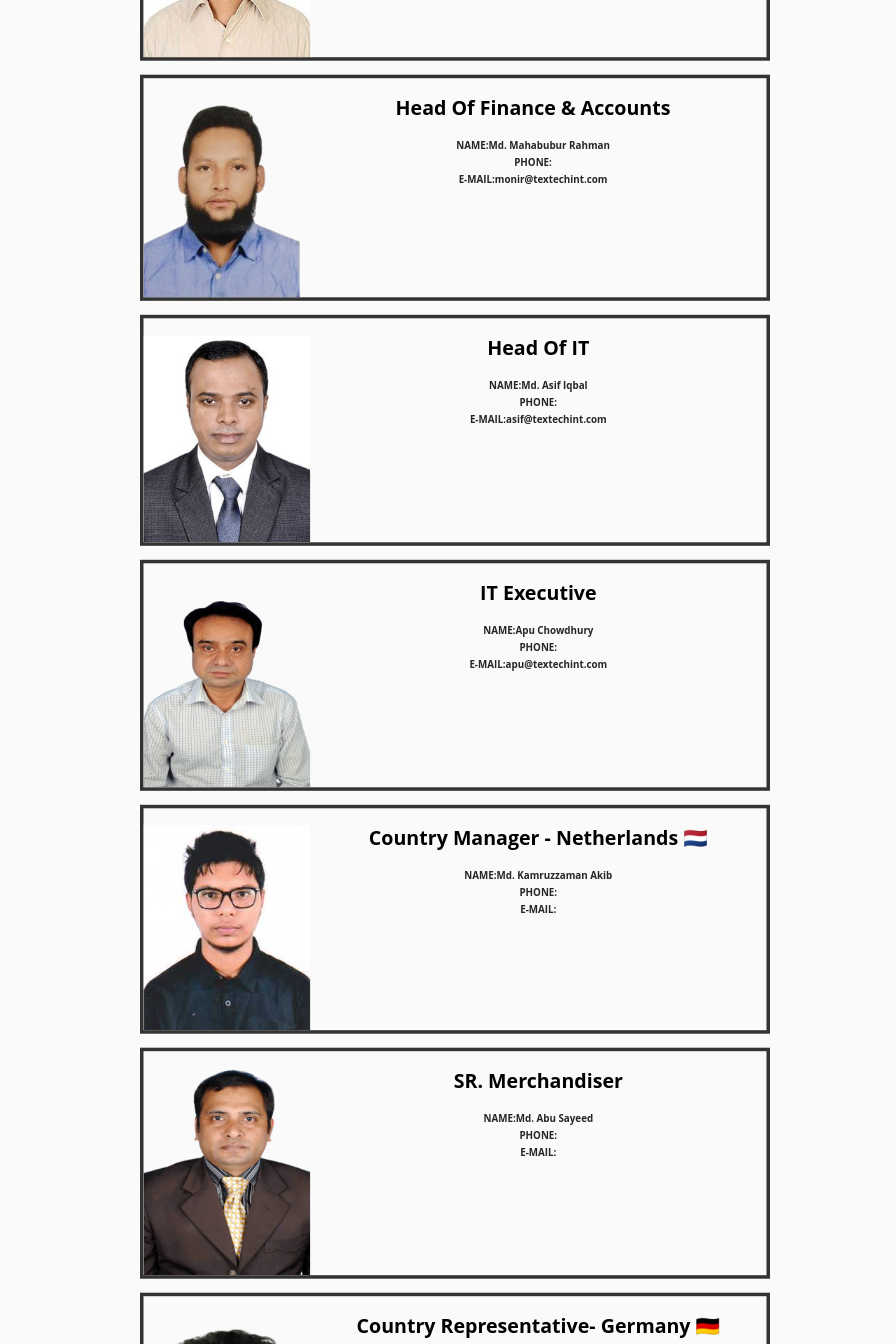
Repository: asifdotpy/textechint
Page: home.html
An editor plug-in stored every save of this project. The page is shown before and after the next save, followed by the edit.
The browser window is 1280 px wide. The pictures show the part of the page from y = 1564 to 3484 px (the page is 4251 px tall), at 70% of full size.

Above is the page before, as saved 2021-03-01 15:26:44.

### home.html
<!doctype html>
<html>
<head>
	<meta charset="UTF-8">
	<meta name="viewport" content="width=device-width, initial-scale=1.0">
	<title>Tex Tech International</title>
	<link rel="stylesheet" type="text/css" href="css/style.css">
	<link rel="stylesheet" type="text/css" href="css/mobile.css" media="screen and (max-width : 568px)">
	<link rel="shortcut icon" href="/favicon.ico">
	<script type="text/javascript" src="js/mobile.js"></script>
</head>
<body>
	<div id="header">
		<ul id="navigation">
			<li class="selected">
				<a href="home.html">home</a>
			</li>
			<li>
				<a href="index.html">our company</a>
			</li>
			<li>
				<a href="gallery.html">Our Products and services
				</a>
			</li>
			<li>
				<a href="about.html">career opportunity</a>
			</li>
			<li>
				<a href="blog.html">faq</a>
			</li>
			<li>
				<a href="contact.html">contact us</a>
			</li>
		</ul>
	</div>
	<div id="body" style="padding-top: 30px;">
		<div class='intro'>
			<h1>About us</h1>
			<div class="main">
			<p><strong style="color: blue;">Tex Tech International</strong> is working as a Buying & Trading house in the field of RMG, Home Textile, Leather Products, Handicraft Items & other Consumers’ Products in Bangladesh. Our major concern is to play our role as a buying house of our customers. One of our primary responsibilities as a buying house is to assure that the product purchased and released for shipment conforms to be customer’s requirements.</p>
			<p>Our goal is to provide our clients with high-quality products that meet their quality expectations.
				<strong style="color: blue;">Tex Tech International</strong> employs Quality Assurance staff to assist in the selection of manufacturers who manufacture products according to Standards set by our policy, principles, and guidelines.</p>
			<p><strong style="color: blue;">Tex Tech International</strong> is a leading Buyer’s agent / representative and garments exporter in Bangladesh. We have our own sourcing office in China, Italy, Netherlands, Canada & Australia.</p>
			<p>We have 100+ associated factories from where we can assure quality and final products. All the associated factories are fully compliance having certificates of ACCORD, ALLIANCE, BSCI, SEDEX, WRAP, OEKO-TEX, GOTS, OCS, GRS, RCS etc. We have a strong CSR team who follow up on all the different types of compliance requirement which are set by the buyer.</p>
			<p>We have a very strong Merchandising Team who keep contact and support the clients on the daily basis in order to keep a healthy relationship. Our QC teams is ready to ensure product quality as per customer demands. Our QA team inspect the goods on a third-party base and on AQL of customers.</p>
			<p>We have a strong quality control system where under each Merchandiser there is a full time QC team and the QC’s do the in-line inspections in each section of production. In a particular time of the day, our QA Supervisor checks the 30% products those have been passed by our QC’s in each section. All the QC’s always check 100% goods. All the QC’s submit their daily reports to QA Manager with highlighting the major points. QA Manager submits their reports to the relevant Merchandisers in addition to CEO. Relevant Merchandiser ensures the correct QA packing to the QA Supervisor. After maintaining all the necessary procedures, the QA Manager carries out his own final inspection before the shipment.</p>
			</p>
			</div>

		</div>

		<div class='heroes'>
		<ul>
			<div class="post-container">
				<div class="post-thumb"><img src="images/rakib.jpg" /></div>
				<div class="post-content">
					<h3 class="post-title">CEO</h3>
					<p><b>NAME:Md. Asaduzzaman Rakib</b></p>
					<p><b>PHONE:</b></p>
					<p><b>E-MAIL:</b>rakib@textechint.com</p>
			   </div>
			</div>
			<div class="post-container">
				<div class="post-thumb"><img src="images/sabuz.jpg" /></div>
				<div class="post-content">
					<h3 class="post-title">Head Of Operations (Marketing & Merchandising)</h3>
					<p><b>NAME:Md.Tanbirul Hossen Sabuz</b></p>
					<p><b>PHONE:</b></p>
					<p><b>E-MAIL:</b>sabuz@textechint.com</p>
			   </div>
			</div>
			<div class="post-container">
				<div class="post-thumb"><img src="images/monir.jpg" /></div>
				<div class="post-content">
					<h3 class="post-title">Head Of Finance & Accounts</h3>
					<p><b>NAME:Md. Mahabubur Rahman</p>
					<p><b>PHONE:</b></p>
					<p><b>E-MAIL:</b>monir@textechint.com</p>
			   </div>
			</div>
			<div class="post-container">
				<div class="post-thumb"><img src="images/asif.jpg" /></div>
				<div class="post-content">
					<h3 class="post-title">Head Of IT</h3>
					<p><b>NAME:</b>Md. Asif Iqbal</p>
					<p><b>PHONE:</b></p>
					<p><b>E-MAIL:</b>asif@textechint.com</p>
			   </div>
			</div>
			<div class="post-container">
				<div class="post-thumb"><img src="images/apu.jpg" /></div>
				<div class="post-content">
					<h3 class="post-title">IT Executive</h3>
					<p><b>NAME:</b>Apu Chowdhury</p>
					<p><b>PHONE:</b></p>
					<p><b>E-MAIL:</b>apu@textechint.com</p>
			   </div>
			</div>
			<div class="post-container">
				<div class="post-thumb"><img src="images/akib1.jpeg" /></div>
				<div class="post-content">
					<h3 class="post-title">Country Manager - Netherlands 🇳🇱</h3>
					<p><b>NAME:</b>Md. Kamruzzaman Akib</p>
					<p><b>PHONE:</b></p>
					<p><b>E-MAIL:</b></p>
			   </div>
			</div>
			<div class="post-container">
				<div class="post-thumb"><img src="images/sayed1.jpg" /></div>
				<div class="post-content">
					<h3 class="post-title">SR. Merchandiser</h3>
					<p><b>NAME:</b>Md. Abu Sayeed</p>
					<p><b>PHONE:</b></p>
					<p><b>E-MAIL:</b></p>
			   </div>
			</div>
			<div class="post-container">
				<div class="post-thumb"><img src="images/khairul.jpg" /></div>
				<div class="post-content">
					<h3 class="post-title">Country Representative- Germany 🇩🇪</h3>
					<p><b>NAME:</b>Md. Khairul Bapari</p>
					<p><b>PHONE:</b></p>
					<p><b>E-MAIL:</b></p>
			   </div>
			</div>
			<div class="post-container">
				<div class="post-thumb"><img src="images/billal1.jpg" /></div>
				<div class="post-content">
					<h3 class="post-title">Country Director- Italy 🇮🇹</h3>
					<p><b>NAME:</b>Md. Billal Hussain Liton</p>
					<p><b>PHONE:</b></p>
					<p><b>E-MAIL:</b></p>
			   </div>
			</div>
		</ul>
		</div>
	</div>
	<div id="footer">
		<div>
			<p>&copy; Created by Asif and Apu. All rights reserved.</p>
			<ul>
				<li>
					<a href="http://freewebsitetemplates.com/go/twitter/" id="linkedin">linkedin</a>
				</li>
				<li>
					<a href="https://www.facebook.com/textechint" target="_blank" id="facebook">facebook</a>
			</ul>
		</div>
	</div>
</body>
</html>

### css/style.css
@font-face {
	font-family: 'poller_oneregular';
	src: url('../fonts/pollerone/pollerone-webfont.eot');
	src: url('../fonts/pollerone/pollerone-webfont.eot?#iefix') format('embedded-opentype'),
		 url('../fonts/pollerone/pollerone-webfont.woff') format('woff'),
		 url('../fonts/pollerone/pollerone-webfont.ttf') format('truetype'),
		 url('../fonts/pollerone/pollerone-webfont.svg#poller_oneregular') format('svg');
}
@font-face {
	font-family: 'leckerli_oneregular';
	src: url('../fonts/leckerlione/leckerlione-regular-webfont.eot');
	src: url('../fonts/leckerlione/leckerlione-regular-webfont.eot?#iefix') format('embedded-opentype'),
		 url('../fonts/leckerlione/leckerlione-regular-webfont.woff') format('woff'),
		 url('../fonts/leckerlione/leckerlione-regular-webfont.ttf') format('truetype'),
		 url('../fonts/leckerlione/leckerlione-regular-webfont.svg#leckerli_oneregular') format('svg');
}

body {
	background: #fff;
	font-family: Arial, Helvetica, sans-serif;
	font-size: 14px;
	font-weight: normal;
	line-height: 1;
	margin: 0;
	min-width: 960px;
	padding: 0;
}
p {
	color: #252525;
	line-height: 24px;
	margin: 0;
	padding: 0;
}
p a {
	color: #252525;
	text-decoration: underline;
}
p a:hover {
	color: #898989;
}
#header {
	margin: 0 auto;
	padding: 4px 0 50px;
	text-align: center;
	/*width: 960px;*/
}
#header a.logo {
	display: block;
	margin: 0 auto;
	padding: 0;
	width: 340px;
}
#header a.logo img {
	border: 0;
	display: block;
	margin: 0;
	padding: 0;
}
#header ul {
	margin: 0;
	padding: 25px 0 0;
}
#header ul li {
	display: inline;
	list-style: none;
	margin: 0;
	padding: 0 19px;
}
#header ul li a {
	color: #252525;
	display: inline-block;
	font-family: "Arial Black", Gadget, sans-serif;
	font-size: 14px;
	font-weight: normal;
	margin: 0;
	padding: 0 0 3px;
	text-decoration: none;
	text-transform: uppercase;
}
#header ul li a:hover, #header ul li.selected a {
	color: #0ba39c;
}
#body {
	margin: 0;
	padding: 0 0 30px;
	text-align: center;
}
#body h1 {
	color: #fff;
	display: inline;
	font-family: poller_oneregular;
	font-size: 35px;
	font-weight: normal;
	margin: 0;
	padding: 0;
	text-transform: uppercase;
}
#body h1 span {
	background: #252525;
	display: inline-block;
	padding: 15px 28px 12px;
}
#body > div {
	margin: 0 auto;
	padding: 0;
	width: 960px;
}
#body > div img {
	border: 0 auto;
	margin: 24px 0 0;
	padding: 0;
}
#body > div .article {
	margin: 0 auto;
	padding: 30px 30px 0;
	width: 560px;
}
#body > div .article h2 {
	font-family: "Arial Black", Gadget, sans-serif;
	font-size: 25px;
	font-weight: normal;
	margin: 0 0 30px;
}
#body > div .article h3 {
	color: #252525;
	line-height: 24px;
	margin: 0;
	padding: 0;
}
#body > div .article h4 {
	background: #252525;
	color: #fff;
	display: inline-block;
	font-family: "Arial Black", Gadget, sans-serif;
	font-size: 25px;
	font-weight: normal;
	margin: 0 0 30px;
	padding: 8px 27px 10px;
}
#body > div .article p {
	margin: 0 0 30px;
	text-align: justify;
}
#body div div ul {
	margin: 0;
	padding: 24px 10px 0;
	width: 940px;
	list-style-type: none;
}
#body div div ul li {
	border: 2px solid #1a1a1a;
	display: block;
	list-style: none;
	margin: 0 0 13px;
	overflow: hidden;
	padding: 0;
}
#body div ul li .figure {
	border-right: 2px solid #1a1a1a;
	float: left;
	margin: 0;
	padding: 0;
	width: 376px;
}
#body div ul li img {
	border: 0;
	display: block;
	margin: 0;
	padding: 0;
	opacity: 0.8;
	transition: 0.5s ease-in-out;
}
#body div ul li .figure:hover img {
	opacity: 1;
}
#body div ul li div {
	float: left;
	margin: 0;
	padding: 63px 0 20px;
	width: 558px;
}
#body div ul li div h3 {
	color: #252525;
	font-family: "Arial Black", Gadget, sans-serif;
	font-size: 25px;
	font-weight: normal;
	margin: 0;
	padding: 0;
	text-transform: uppercase;
}
#body div ul li div p {
	padding: 30px 30px 18px;
}
#body div ul li div a.more {
	background: #000;
	color: #fff;
	display: inline-block;
	font-family: "Arial Black", Gadget, sans-serif;
	font-size: 18px;
	font-weight: normal;
	margin: 0;
	padding: 8px 28px;
	text-decoration: none;
	text-transform: uppercase;
}
#body div ul li div a.more:hover {
	color: #252525;
	background: #fff;
	border: 2px solid #252525;
}
#body #featured {
	margin: 0 0 13px;
	padding: 0;
	position: relative;
	width: 100%;
}
#body #featured img {
	border: 0;
	display: block;
	margin: 0;
	padding: 0;
	width: 100%;
	height: auto;
}
#body #featured div {
	left: 50%;
	margin-left: -480px;
	margin-top: -171px;
	padding: 0 0 0 470px;
	position: absolute;
	top: 50%;
	text-align: left;
	width: 490px;
}
#body #featured div h2 {
	background: #fff;
	color: #000;
	display: inline-block;
	font-family: poller_oneregular;
	font-size: 20px;
	font-weight: normal;
	margin: 0 0 18px;
	padding: 23px 27px 20px;
	text-transform: uppercase;
}
#body #featured div span {
	background: #252525;
	color: #fff;
	display: inline-block;
	font-size: 20px;
	margin: 7px 0;
	padding: 12px 27px;
}
#body #featured div a {
	background: #0ba39c;
	color: #fff;
	display: inline-block;
	font-size: 16px;
	margin: 15px 0 0;
	padding: 26px 27px 22px;
	text-align: center;
	text-decoration: none;
	text-transform: uppercase;
}
#body #featured div a:hover {
	background: #1fc3bc;
}
#body > ul {
	margin: 0 auto;
	overflow: hidden;
	padding: 24px 0 0;
	width: 960px;
}
#body > ul li {
	display: block;
	float: left;
	margin: 0 10px 20px;
	padding: 0;
	width: 300px;
}
#body > ul li a {
	color: #000;
	display: block;
	font-family: poller_oneregular;
	font-size: 20px;
	font-weight: normal;
	margin: 0;
	padding: 0;
	text-align: center;
	text-decoration: none;
	text-transform: uppercase;
}
#body > ul li a img {
	border: 2px solid #1a1a1a;
	display: block;
	margin: 0;
	padding: 0;
	opacity: .8;
	transition: 0.5s ease-in-out;
}
#body > ul li a:hover img {
	opacity: 1;
}
#body > ul li a span {
	display: block;
	margin: 0;
	padding: 33px 0 0;
}
#body form {
	margin: 0 auto;
	padding: 24px 0 0;
	width: 620px;
}
#body form input, #body form textarea {
	border: 2px solid #252525;
	color: #252525;
	font-family: Arial, Helvetica, sans-serif;
	font-size: 15px;
	font-weight: normal;
	margin: 0 0 37px;
	padding: 20px 10px;
	text-align: center;
	text-transform: uppercase;
	width: 596px;
}
#body form textarea {
	height: 175px;
	overflow: auto;
	resize: none;
}
#body form #send {
	background: #252525;
	color: #fff;
	font-family: "Arial Black", Gadget, sans-serif;
	font-size: 15px;
	font-weight: normal;
	display: inline-block;
	padding: 20px 28px;
	width: auto;
}
#body form #send:hover {
	background: #fff;
	color: #252525;
	cursor: pointer;
}
#footer {
	background: #252525;
	margin: 0;
	padding: 36px 0 42px;
}
#footer div {
	margin: 0 auto;
	overflow: hidden;
	padding: 0;
	width: 960px;
}
#footer div p {
	color: #fff;
	float: left;
	line-height: 44px;
	margin: 0 0 0 10px;
	padding: 0;
}
#footer div ul {
	display: block;
	float: right;
	margin: 0;
	overflow: hidden;
	padding: 0;
	width: 256px;
}
#footer div ul li {
	display: block;
	float: left;
	list-style: none;
	margin: 0 10px;
	padding: 0;
	width: 44px;
}
#footer div ul li a {
	background: url(../images/icons.jpg) no-repeat 0 0;
	display: block;
	height: 44px;
	margin: 0;
	padding: 0;
	text-indent: -99999px;
	width: 44px;
}
#footer div ul li #linkedin {
	background-position: 0 0;
}
#footer div ul li #linkedin:hover {
	background-position: -44px 0;
}
#footer div ul li #facebook {
	background-position: 0 -44px;
}
#footer div ul li #facebook:hover {
	background-position: -44px -44px;
}

div .intro h1 {
	margin: 0px 50px;
	padding: 0px 50px;
	background-color: #0ba39c;
	text-decoration: #1a1a1a;
}

div .intro p {
	margin: 10px;
	padding: 10px;
	font-size: 18px;
	font-family: inherit;
	font-weight: 300;
	line-height: 1.4;
}

div .main {
	font-size: 15px;
}

.post-container {
    margin: 20px 20px 0 0;
    border: 5px solid #333;
    overflow: auto
}
.post-thumb {
    float: left;
}
.post-thumb img {
    display: block;
}
.post-content {
    margin-left: 210px
}
.post-title {
    font-weight: bold;
    font-size: 200%
}

div .main {
	text-align: justify;
}

@import url('https://fonts.googleapis.com/css?family=Heebo:400,700|Open+Sans:400,700');

:root {
  --color: #3c3163;
  --transition-time: 0.5s;
}

* {
  box-sizing: border-box;
}

body {
  margin: 0;
  min-height: 100vh;
  font-family: 'Open Sans';
  background: #fafafa;
}

a {
  color: inherit;
}

.cards-wrapper {
  display: grid;
  justify-content: center;
  align-items: center;
  grid-template-columns: 1fr 1fr 1fr;
  grid-gap: 4rem;
  padding: 4rem;
  margin: 0 auto;
  width: max-content;
}

.card {
  font-family: 'Heebo';
  --bg-filter-opacity: 0.5;
  background-image: linear-gradient(rgba(0,0,0,var(--bg-filter-opacity)),rgba(0,0,0,var(--bg-filter-opacity))), var(--bg-img);
  height: 20em;
  width: 15em;
  font-size: 1.5em;
  color: white;
  border-radius: 1em;
  padding: 1em;
  /*margin: 2em;*/
  display: flex;
  align-items: flex-end;
  background-size: cover;
  background-position: center;
  box-shadow: 0 0 5em -1em black;
  transition: all, var(--transition-time);
  position: relative;
  overflow: hidden;
  border: 10px solid #ccc;
  text-decoration: none;
}

.card:hover {
  transform: rotate(0);
}

.card h1 {
  margin: 0;
  font-size: 1.5em;
  line-height: 1.2em;
}

.card p {
  font-size: 0.75em;
  font-family: 'Open Sans';
  margin-top: 0.5em;
  line-height: 2em;
}

.card .tags {
  display: flex;
}

.card .tags .tag {
  font-size: 0.75em;
  background: rgba(255,255,255,0.5);
  border-radius: 0.3rem;
  padding: 0 0.5em;
  margin-right: 0.5em;
  line-height: 1.5em;
  transition: all, var(--transition-time);
  background: red;
}

.card:hover .tags .tag {
  background: var(--color);
  color: white;
}

.card .date {
  position: absolute;
  top: 0;
  right: 0;
  font-size: 0.75em;
  padding: 1em;
  line-height: 1em;
  opacity: .8;
}

.card:before, .card:after {
  content: '';
  transform: scale(0);
  transform-origin: top left;
  border-radius: 50%;
  position: absolute;
  left: -50%;
  top: -50%;
  z-index: -5;
  transition: all, var(--transition-time);
  transition-timing-function: ease-in-out;
}

.card:before {
  background: #ddd;
  width: 250%;
  height: 250%;
}

.card:after {
  background: white;
  width: 200%;
  height: 200%;
}

.card:hover {
  color: var(--color);
}

.card:hover:before, .card:hover:after {
  transform: scale(1);
}

.card-grid-space .num {
  font-size: 3em;
  margin-bottom: 1.2rem;
  margin-left: 1rem;
}

.info {
  font-size: 1.2em;
  display: flex;
  padding: 1em 3em;
  height: 3em;
}

.info img {
  height: 3em;
  margin-right: 0.5em;
}

.info h1 {
  font-size: 1em;
  font-weight: normal;
}

/* MEDIA QUERIES */
@media screen and (max-width: 1285px) {
  .cards-wrapper {
    grid-template-columns: 1fr 1fr;
  }
}

@media screen and (max-width: 900px) {
  .cards-wrapper {
    grid-template-columns: 1fr;
  }
  .info {
    justify-content: center;
  }
  .card-grid-space .num {
    /margin-left: 0;
    /text-align: center;
  }
}

@media screen and (max-width: 500px) {
  .cards-wrapper {
    padding: 4rem 2rem;
  }
  .card {
    max-width: calc(100vw - 4rem);
  }
}

@media screen and (max-width: 450px) {
  .info {
    display: block;
    text-align: center;
  }
  .info h1 {
    margin: 0;
  }
}


section div p {
	color: #1fc3bc;
}

/* -------------------------------------FAQ properties--------------------------------------- */

### js/mobile.js
window.onload = function(){
	var getNavi = document.getElementById('navigation');

	var mobile = document.createElement("span");
	mobile.setAttribute("id","mobile-navigation");
	getNavi.parentNode.insertBefore(mobile,getNavi);

	document.getElementById('mobile-navigation').onclick = function(){
		var a = getNavi.getAttribute('style');
		if(a){
			getNavi.removeAttribute('style');
			document.getElementById('mobile-navigation').style.backgroundImage='url(images/mobile-menu.png)';
		} else {
			getNavi.style.display='block';
			document.getElementById('mobile-navigation').style.backgroundImage='url(images/mobile-close.png)';
		}
	};
	var getElm = getNavi.getElementsByTagName("LI");
	for(var i=0;i<getElm.length;i++){
		if(getElm[i].children.length>1){
			var smenu = document.createElement("span");
			smenu.setAttribute("class","mobile-submenu");
			smenu.setAttribute("OnClick","submenu("+i+")");
			getElm[i].appendChild(smenu);
		};
	};
	submenu = function (i){
		var sub = getElm[i].children[1];
		var b = sub.getAttribute('style');
		if(b){
			sub.removeAttribute('style');
			getElm[i].lastChild.style.backgroundImage='url(images/mobile-expand.png)';
			getElm[i].lastChild.style.backgroundColor='rgba(11, 163, 156, 0.7)';
		} else {
			sub.style.display='block';
			getElm[i].lastChild.style.backgroundImage='url(images/mobile-collapse.png)';
			getElm[i].lastChild.style.backgroundColor='rgba(0,0,0,0.8)';
		}
	};
};

### css/mobile.css
body {
	min-width: 0;
}
#header {
	padding: 20px 0;
	position: relative;
	width: 100%;
}
#header a.logo {
	width: 80%;
}
#header a.logo img {
	width: 100%;
}
#mobile-navigation {
	background: url(../images/mobile-menu.png) no-repeat 0 0;
	display: block;
	height: 50px;
	margin: 30px auto 0;
	padding: 0;
	width: 50px;
}
#header ul {
	border: 1px solid #fff;
	display: none;
	left: 50%;
	margin-left: -45%;
	padding: 0;
	position: absolute;
	width: 90%;
	z-index: 1001;
}
#header ul li {
	border-top: 1px solid #fff;
	display: block;
	margin: 0;
	padding: 0;
	position: relative;
}
#header > ul > li:first-child {
	border: 0;
}
#header ul li a {
	background: rgba(11, 163, 156, 0.9);
	color: #fff;
	display: block;
	font-family: Arial, Helvetica, sans-serif;
	font-size: 16px;
	font-weight: normal;
	height: 49px;
	line-height: 49px;
	padding: 0 15px;
	text-align: left;
}
#header ul li a:hover, #header ul li.selected a {
	background: rgba(0, 0, 0, 0.9);
	color: #fff;
}
#header ul ul {
	display: none;
	border: 0;
	height: auto;
	left: 0;
	margin: 0;
	position: relative;
	width: 100%;
}
#header ul ul li a {
	text-indent: 15px;
}
#header ul li span {
	background: rgba(11, 163, 156, 0.9) url(../images/mobile-expand.png) no-repeat 0 0;
	border-left: 1px solid #fff;
	display: block;
	height: 49px;
	position: absolute;
	right: 0;
	top: 0;
	width: 50px;
}
#body {
	width: 100%;
}
#body h1 {
	display: block;
	font-size: 20px;
	margin: 0 auto;
	width: 90%;
}
#body h1 span {
	display: block;
	padding: 3%;
	width: 94%;
}
#body > div {
	padding: 0 5%;
	width: 90%;
}
#body > div img {
	margin: 24px 0 30px;
	width: 98%
}
#body > div .article {
	padding: 0;
	width: 100%;
}
#body > div .article h2, #body > div .article h4 {
	font-size: 18px;
	font-weight: bold;
}
#body #featured {
	overflow: hidden;
	margin: 0 0 20px
}
#body #featured img {
	min-width: 960px;
}
#body #featured div {
	left: 0;
	margin: 0;
	padding: 0 2%;
	position: absolute;
	top: 0;
	text-align: left;
	width: 96%;
}
#body #featured div h2 {
	font-size: 14px;
	font-weight: normal;
	margin: 50px 0 10px;
	padding: 8px 5px;
}
#body #featured div span {
	display: block;
	font-size: 14px;
	margin: 10px 0;
	padding: 10px;
}
#body #featured div a {
	font-size: 14px;
	margin: 5px 0 0;
	padding: 10px;
}
#body > ul {
	overflow: visible;
	padding: 0 5%;
	width: 90%;
}
#body ul.gallery {
	padding: 5% 0;
	overflow: hidden;
	width: 100%;
}
#body > ul li {
	float: none;
	margin: 0;
	width: 100%;
}
#body ul.gallery li {
	float: left;
	margin: 0 0 5% 5%;
	width: 42%;
}
#body > ul li a img {
	width: 98%;
}
#body > ul li a span {
	padding: 15px 0;
}
#body div ul {
	margin: 0;
	padding: 20px 0 0;
	width: 100%;
}
#body div ul li {
	overflow: visible;
	padding: 0 0 20px;
	width: 99%;
}
#body div ul li .figure {
	border: 0;
	display: block;
	float: none;
	margin: 0 0 20px;
	width: 100%;
}
#body div ul li .figure img {
	width: 100%;
}
#body div ul li div {
	float: none;
	padding: 0;
	width: 100%;
}
#body div ul li div a.more:hover {
	height: 14px;
	line-height: 14px;
}
#body form {
	width: 100%;
}
#body form input, #body form textarea {
	margin: 0 0 20px;
	padding: 10px;
	width: 84%;
}
#body form #send {
	padding: 10px;
}
#footer {
	padding: 10px 0 25px;
}
#footer div {
	overflow: visible;
	width: 100%;
}
#footer div p {
	float: none;
	margin: 0;
	text-align: center;
}
#footer div ul {
	float: none;
	margin: 0 auto;
	width: 256px;
}

#container {
    margin-top: 0;
    margin-bottom: 0;
    margin-left: 0;
    margin-right: 0;
    padding: 2vh;
    text-align: center;
}

After the next save:
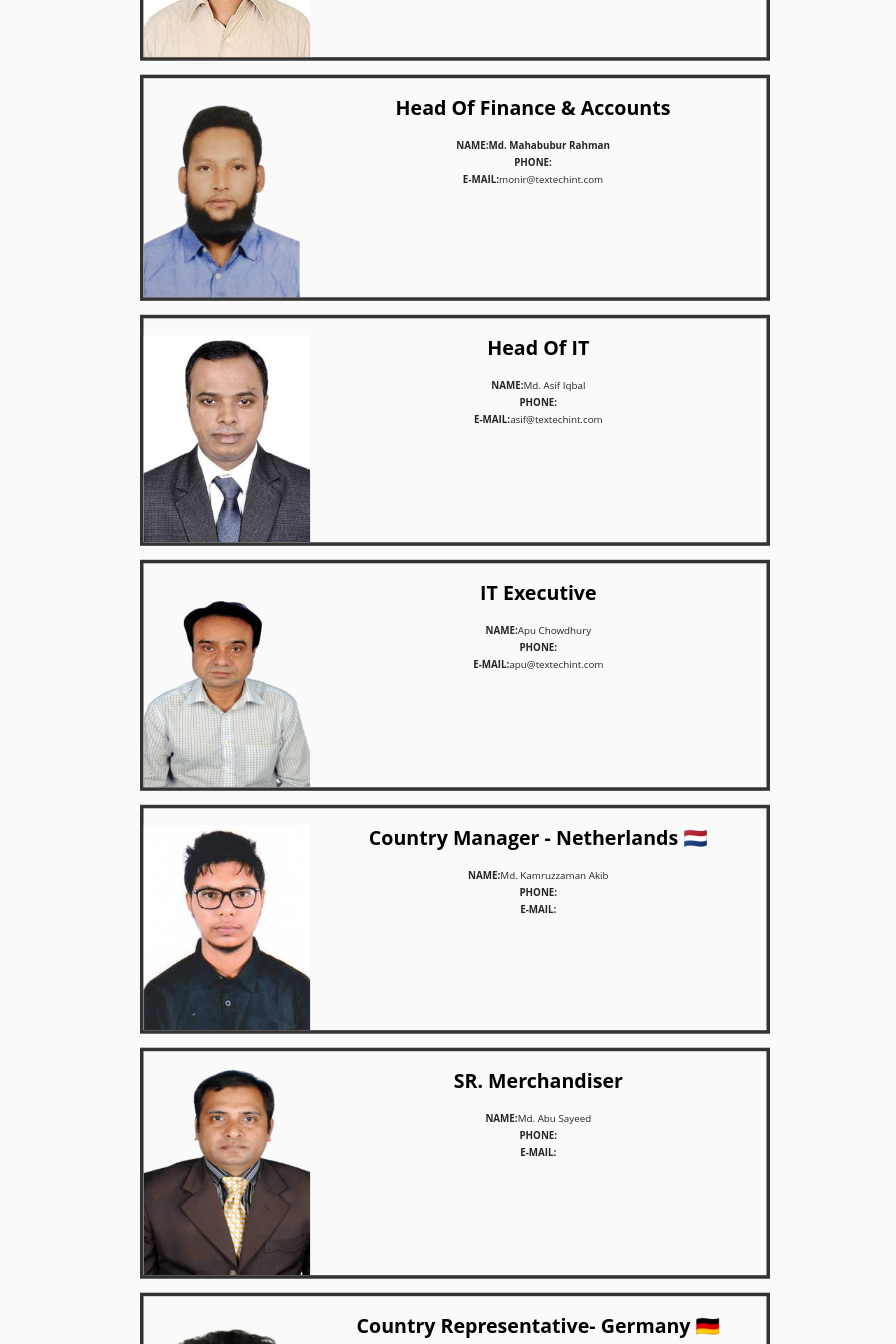
Saved 6 s later.
--- a/home.html
+++ b/home.html
@@ -73,7 +73,7 @@
 				<div class="post-thumb"><img src="images/monir.jpg" /></div>
 				<div class="post-content">
 					<h3 class="post-title">Head Of Finance & Accounts</h3>
-					<p><b>NAME:Md. Mahabubur Rahman</p>
+					<p><b>NAME:Md. Mahabubur Rahman</b></p>
 					<p><b>PHONE:</b></p>
 					<p><b>E-MAIL:</b>monir@textechint.com</p>
 			   </div>
